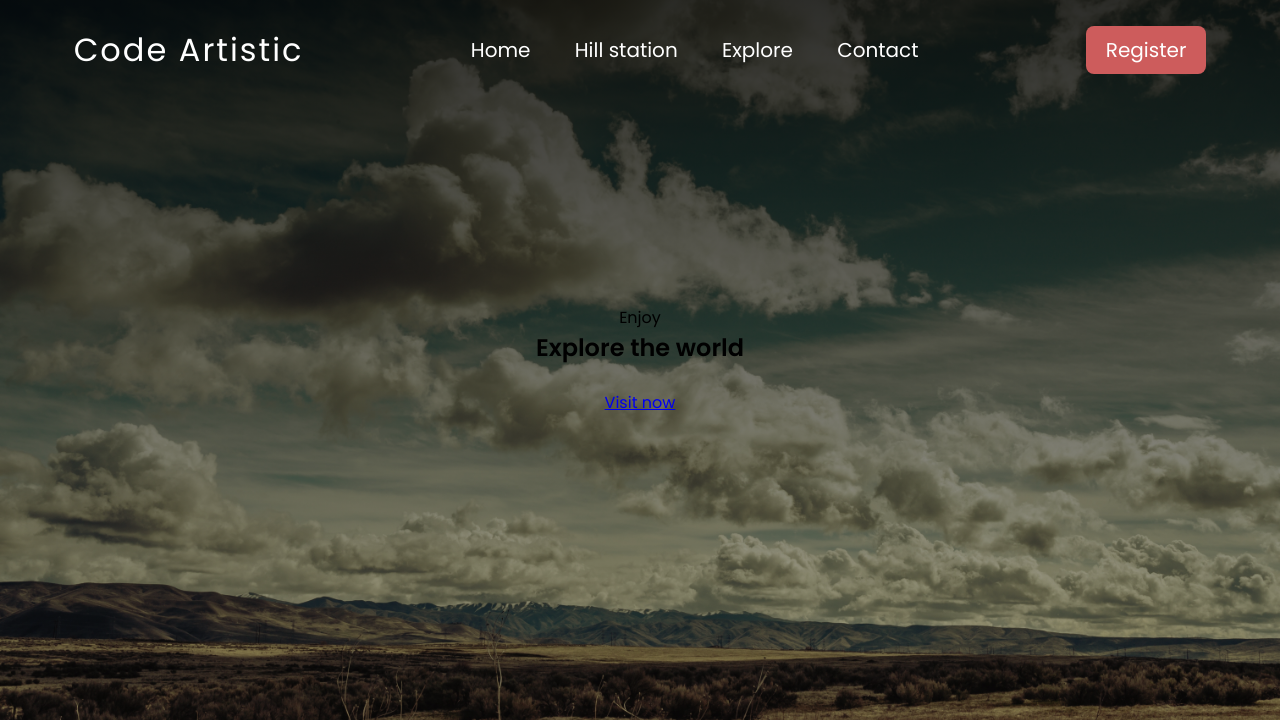
Repository: Ruxmary7/energy
Page: starter/index.html
These files come from the project's save history. The page is drawn as it stood at one moment and after a run of saves; the edit follows.
The browser window is 1280 px wide. The pictures show the whole page.

Above is the page before, as saved 2025-01-10 22:13:26.

After the next 2 saves:
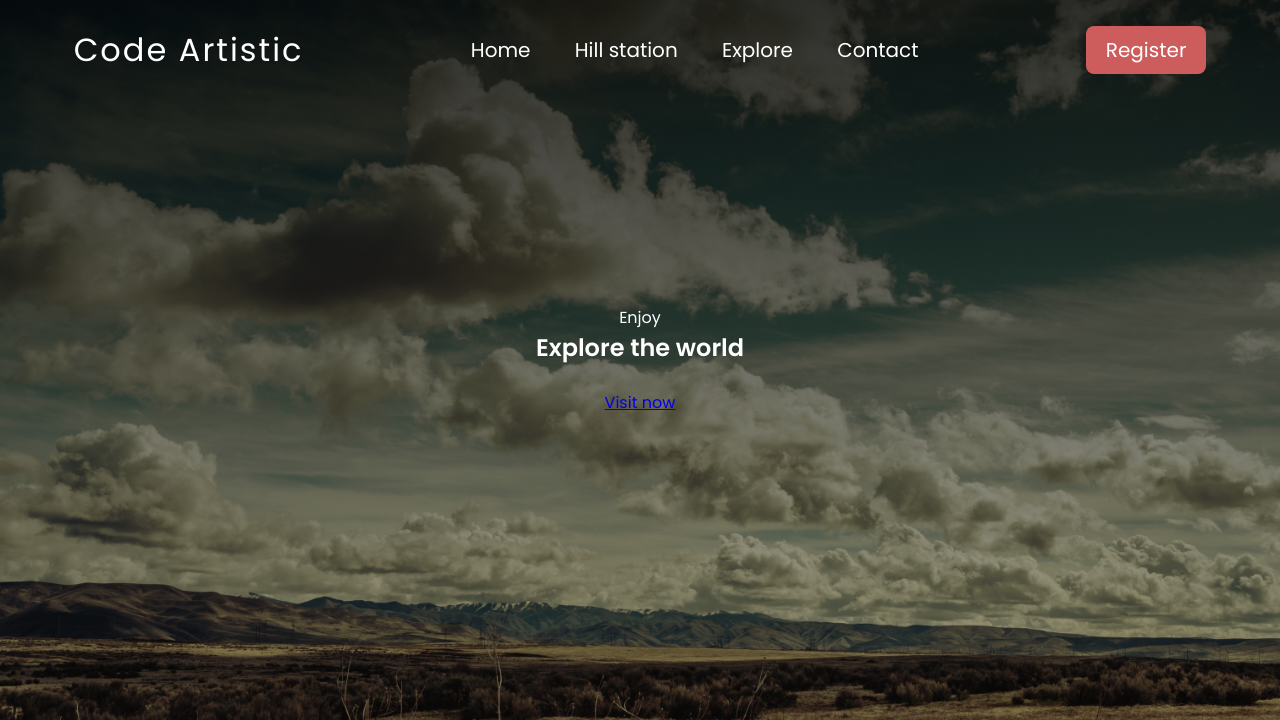
The 2 saves are shown as one change because they came seconds apart.
The last was saved 8 s later.
--- a/starter/style.css
+++ b/starter/style.css
@@ -46,6 +46,6 @@ letter-spacing: 2px;
     max-width: 650px;
     transform: translate(-50%, -50%);
     text-align: center;
-    color: #000;
+    color: #fff;
  }
 }
